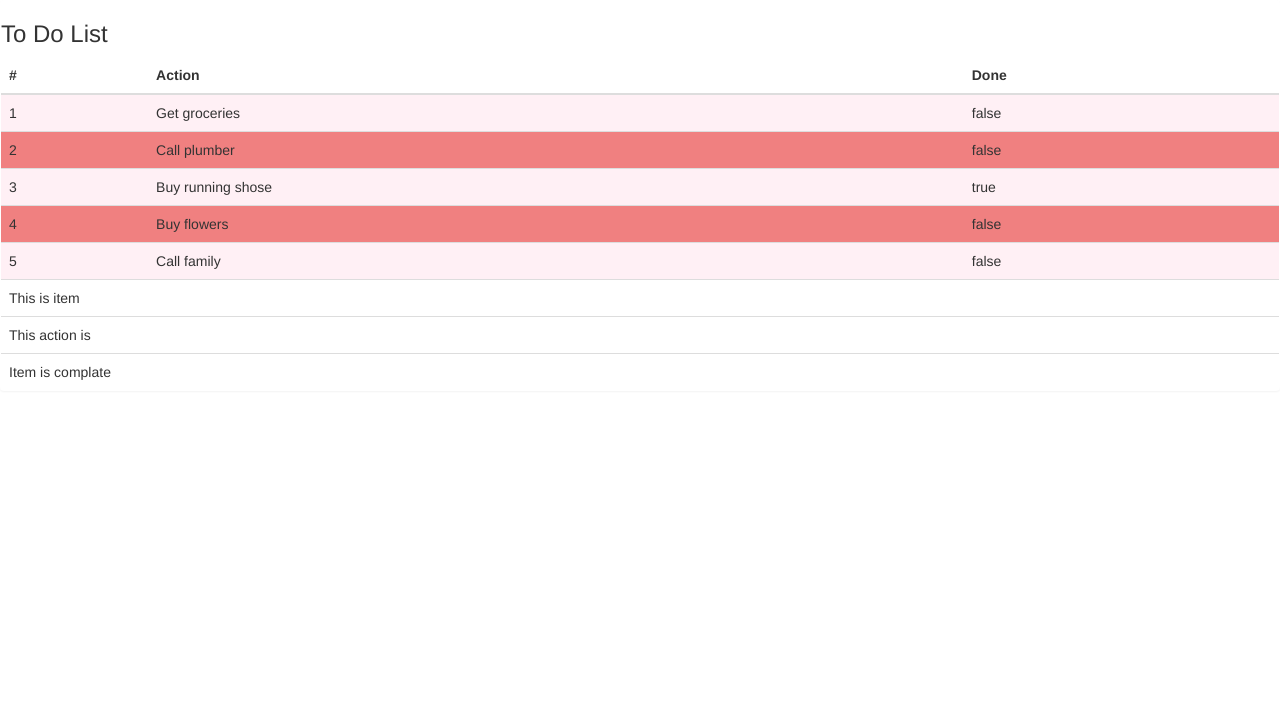
Repository: chisun-joung/workplace
Page: angularJS/WebContent/Chap10_Binding/P287_ngIF.html
The author's editor kept a copy of each file at every save. The page is drawn from the files as they stood at one save, then again after the next save.
The browser window is 1280 px wide. The pictures show the whole page.
Some web libraries are served in a nearby version.

Above is the page before, as saved 2016-11-28 07:59:19.

After the next save:
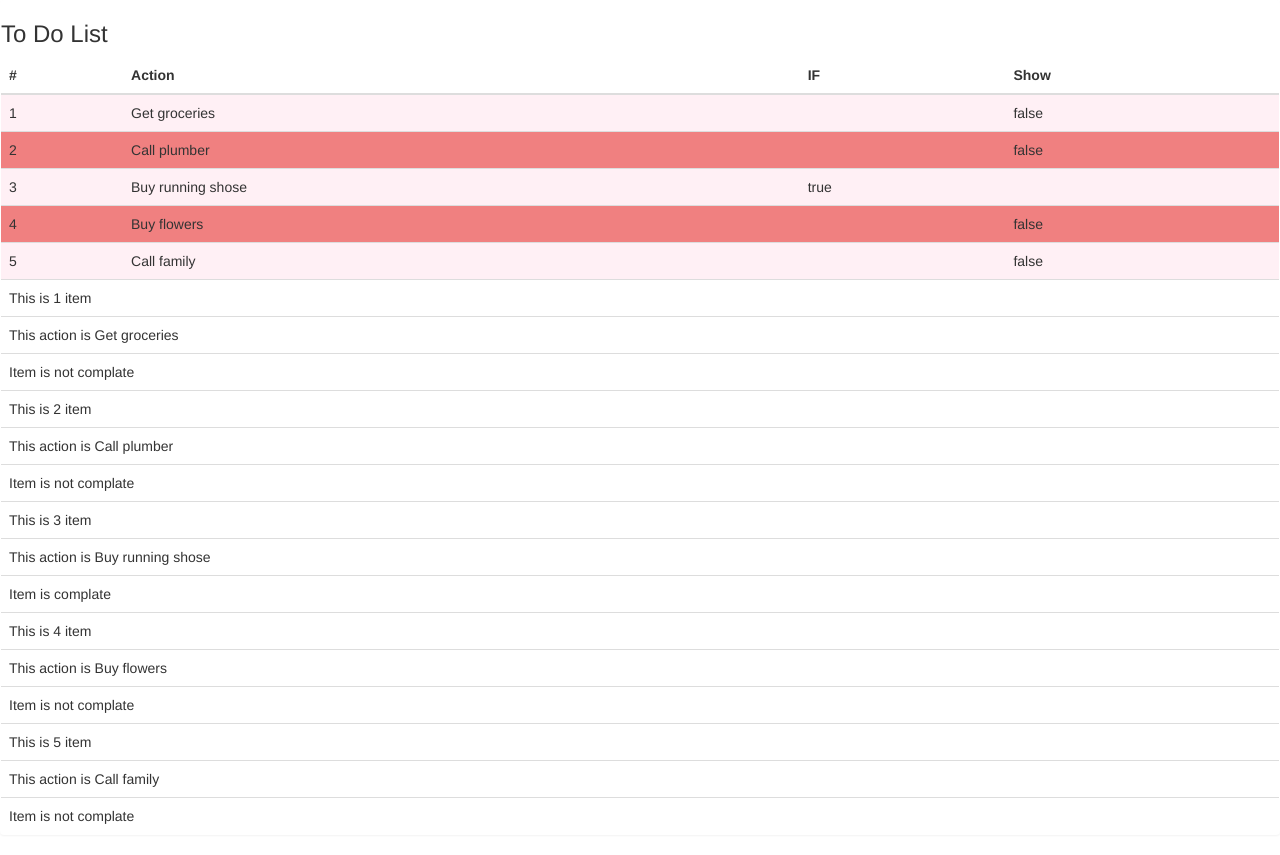
Saved 3 min 40 s later.
--- a/angularJS/WebContent/Chap10_Binding/P287_ngIF.html
+++ b/angularJS/WebContent/Chap10_Binding/P287_ngIF.html
@@ -32,28 +32,32 @@
 				<tr>
 					<th>#</th>
 					<th>Action</th>
-					<th>Done</th>
+					<th>IF</th>
+					<th>Show</th>
 				</tr>
 			</thead>
 			<tbody>
 				<tr ng-repeat="item in todos" ng-class="$odd ? 'odd' : 'even'">
 					<td>{{$index + 1}}</td>
 					<td>{{item.action}}</td>
-					<td><span>{{item.complate}}</span></td>
+					<!-- ng-if => true 면 요소 자체를 생성(돔에 있음)
+						 false면 요소 자체를 삭제(dom에 없음) -->
+					<td><span ng-if="item.complate">{{item.complate}}</span></td>
+					<td><span ng-hide="item.complate">{{item.complate}}</span></td>
 				</tr>
 			</tbody>
 		</table>
 
 		<table class="table">
 			<tbody>
-				<tr>
-					<td>This is item </td>
+				<tr ng-repeat-start="item in todos">
+					<td>This is {{$index + 1}} item </td>
 				</tr>
 				<tr>
-					<td>This action is </td>
+					<td>This action is {{item.action}}</td>
 				</tr>
-				<tr>
-					<td>Item  is  complate</td>
+				<tr ng-repeat-end>
+					<td>Item  is {{item.complate ? '' : 'not'}} complate</td>
 				</tr>
 			</tbody>
 		</table>
